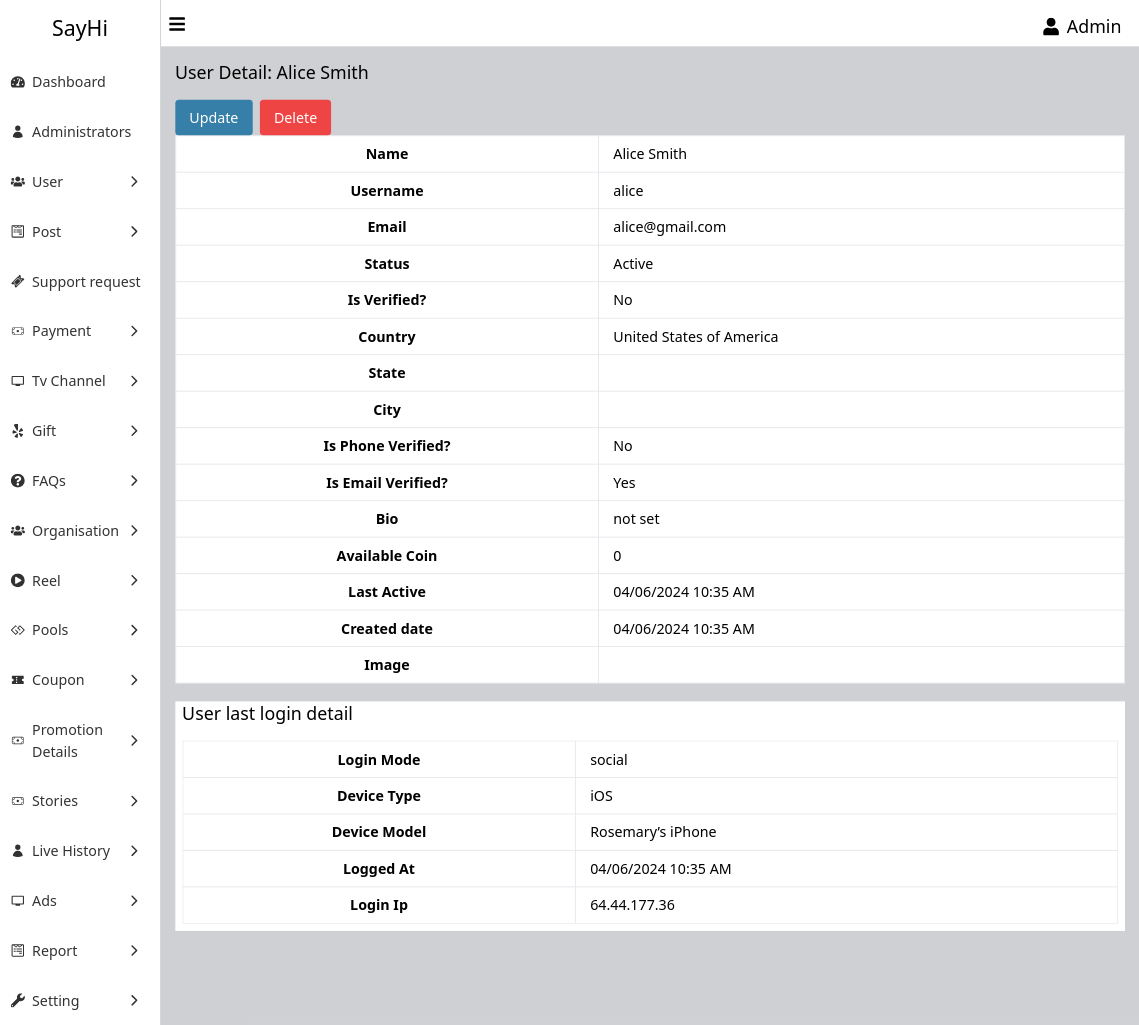
Repository: Husein8/Dashboard
Page: /userDetails/1
These files come from the project's save history. The page is drawn as it stood at one moment and after the next save; the edit follows.
The browser window is 1280 px wide. The pictures show the whole page, at 89% of full size.
The project was rebuilt for these pictures with package versions that can differ from the ones it lists, and the page was loaded fresh each time. Also part of the build but not shown: vite.config.js, src/components/Login.jsx, src/components/Charts.jsx, src/components/LatestPost.jsx, src/components/NewUsersData.jsx, src/components/NewUsers.jsx, src/components/TableUsersData.jsx, src/components/Footer.jsx and 13 more.

Above is the page before, as saved 2024-06-09 19:18:51.

After the next save:
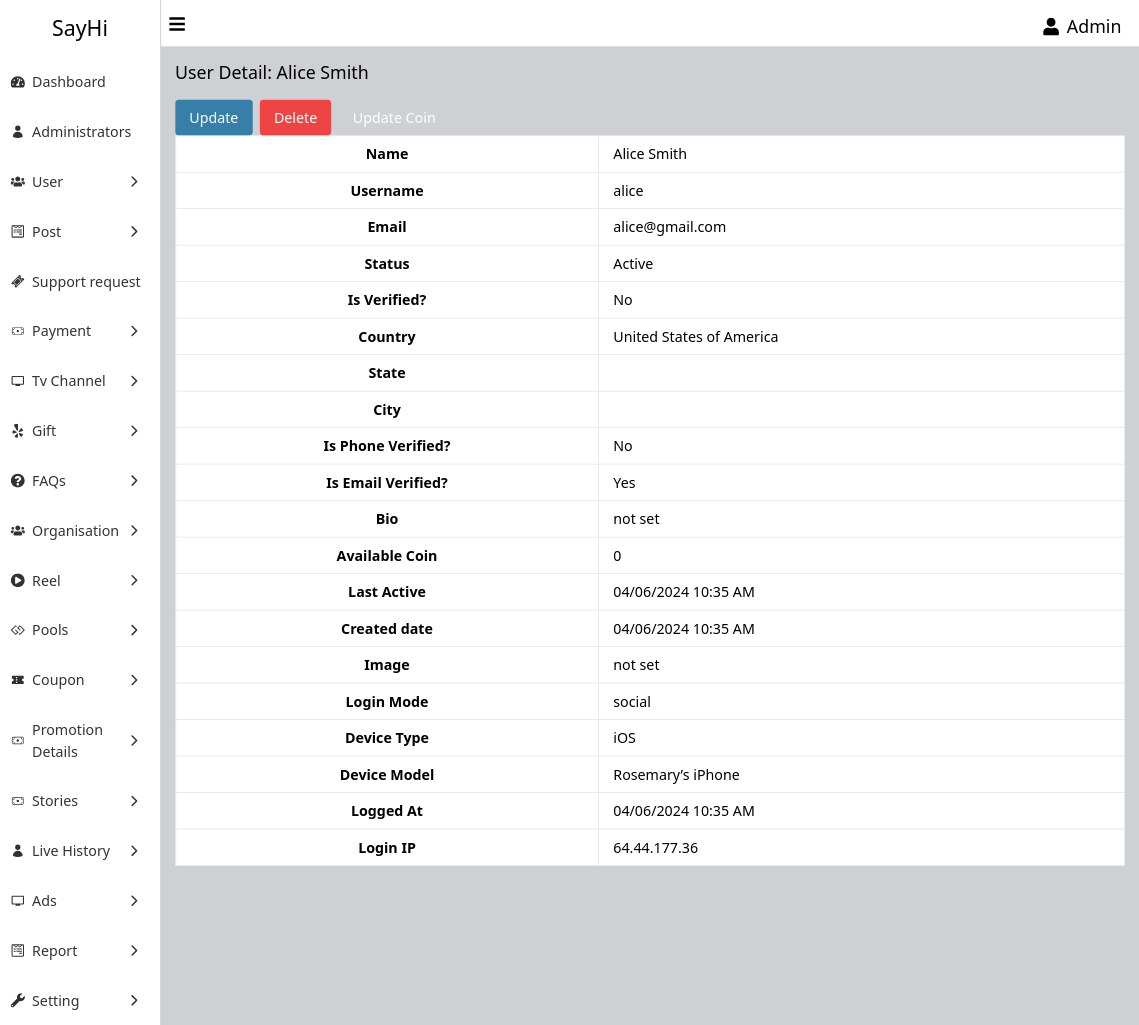
Saved 26 s later.
--- a/src/Pages/UserDetails.jsx
+++ b/src/Pages/UserDetails.jsx
@@ -230,6 +230,16 @@ const UserDetails = () => {
 
   const handleUpdateClick = () => {
     navigate(`/update/${id}`);
+  };
+
+  const handleUpdateCoinClick = () => {
+    navigate(`/update-coin/${id}`);
+  };
+
+  const handleDeleteClick = () => {
+    // Logic to delete the user
+    console.log(`User with ID ${id} deleted`);
+    navigate("/users");
   };
 
   if (!user) {
@@ -247,10 +257,16 @@ const UserDetails = () => {
           Update
         </button>
         <button
-          // onClick={handleDeleteClick}
-          className="bg-red-500 text-white px-4 py-2 rounded"
+          onClick={handleDeleteClick}
+          className="mr-2 bg-red-500 text-white px-4 py-2 rounded"
         >
           Delete
+        </button>
+        <button
+          onClick={handleUpdateCoinClick}
+          className="bg-blue-500 text-white px-4 py-2 rounded"
+        >
+          Update Coin
         </button>
       </div>
       <div className="overflow-x-auto">
@@ -322,41 +338,32 @@ const UserDetails = () => {
             </tr>
             <tr>
               <th className="py-2 px-4 border">Image</th>
-              <td className="py-2 px-4 border">{user.image}</td>
+              <td className="py-2 px-4 border">
+                {user.image ? user.image : "not set"}
+              </td>
+            </tr>
+            <tr>
+              <th className="py-2 px-4 border">Login Mode</th>
+              <td className="py-2 px-4 border">{user.loginMode}</td>
+            </tr>
+            <tr>
+              <th className="py-2 px-4 border">Device Type</th>
+              <td className="py-2 px-4 border">{user.deviceType}</td>
+            </tr>
+            <tr>
+              <th className="py-2 px-4 border">Device Model</th>
+              <td className="py-2 px-4 border">{user.deviceModel}</td>
+            </tr>
+            <tr>
+              <th className="py-2 px-4 border">Logged At</th>
+              <td className="py-2 px-4 border">{user.loggedAt}</td>
+            </tr>
+            <tr>
+              <th className="py-2 px-4 border">Login IP</th>
+              <td className="py-2 px-4 border">{user.loginIp}</td>
             </tr>
           </tbody>
         </table>
-      </div>
-      <div className="bg-white px-2 pb-2">
-        <h2 className="text-xl mb-4 mt-5 font-medium">
-          User last login detail
-        </h2>
-        <div className="overflow-x-auto ">
-          <table className="min-w-full bg-white border border-gray-200">
-            <tbody>
-              <tr>
-                <th className="py-2 px-4 border">Login Mode</th>
-                <td className="py-2 px-4 border">{user.loginMode}</td>
-              </tr>
-              <tr>
-                <th className="py-2 px-4 border">Device Type</th>
-                <td className="py-2 px-4 border">{user.deviceType}</td>
-              </tr>
-              <tr>
-                <th className="py-2 px-4 border">Device Model</th>
-                <td className="py-2 px-4 border">{user.deviceModel}</td>
-              </tr>
-              <tr>
-                <th className="py-2 px-4 border">Logged At</th>
-                <td className="py-2 px-4 border">{user.loggedAt}</td>
-              </tr>
-              <tr>
-                <th className="py-2 px-4 border">Login Ip</th>
-                <td className="py-2 px-4 border">{user.loginIp}</td>
-              </tr>
-            </tbody>
-          </table>
-        </div>
       </div>
     </div>
   );
